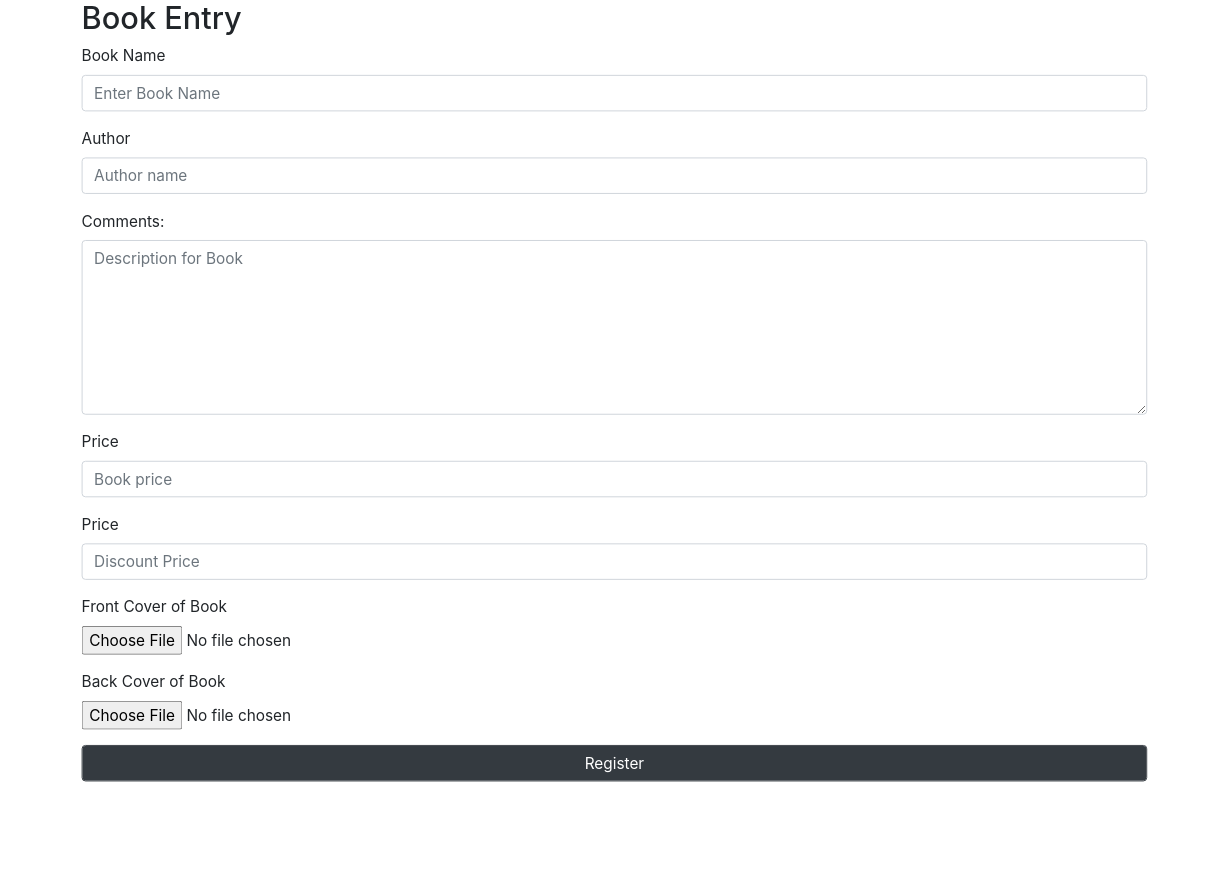
Repository: abhishekgandhi2398/BookStore
Page: http://localhost/BookStore/add_product.jsp
The author's editor kept a copy of each file at every save. The page is drawn from the files as they stood at one save, then again after the next save.
The browser window is 1280 px wide. The pictures show the whole page, at 96% of full size.
The page is served by Tomcat 9. Other server files are loaded and not shown.

Above is the page before, as saved 2019-12-06 16:07:54.

### ProjectJava/BookStore/WebContent/add_product.jsp
<%@ page language="java" contentType="text/html; charset=ISO-8859-1"
    pageEncoding="ISO-8859-1"%>
<!DOCTYPE html>
<html>
<head>
<meta charset="ISO-8859-1">
<title>Insert title here</title>
</head>
<body>

<jsp:include page="add_products_admin.jsp"></jsp:include>

</body>
</html>

### ProjectJava/BookStore/WebContent/add_products_admin.jsp

<%@ page language="java" contentType="text/html; charset=ISO-8859-1"
    pageEncoding="ISO-8859-1"%>
<!DOCTYPE html>
<html>
<head>
<meta charset="ISO-8859-1">
<title>Add New Products</title>

  <link rel="stylesheet" href="https://maxcdn.bootstrapcdn.com/bootstrap/4.3.1/css/bootstrap.min.css">
  <script src="https://ajax.googleapis.com/ajax/libs/jquery/3.4.1/jquery.min.js"></script>
  <script src="https://cdnjs.cloudflare.com/ajax/libs/popper.js/1.14.7/umd/popper.min.js"></script>
  <script src="https://maxcdn.bootstrapcdn.com/bootstrap/4.3.1/js/bootstrap.min.js"></script>


<script type="text/javascript">



function validate()
{
mess="<div class='alert alert-success'><strong>Please Check!</strong> You should enter corret details to enter in the page.</div>";

  if(!bk_name() || !bk_auther() || !bk_comm() || !bk_price() || !bk_price_dis())
  {
    document.getElementById("sub").innerHTML=mess;
    return false;
  }
  else
  {
    return true;
  }

}



function bk_name(){

  errmsg="";
  var bname = document.getElementById("bname").value;

  if(bname == "" || bname.length<5)
  {
    errmsg="Book Name should be more than 5 letters";
    document.getElementById("bnamemsg").innerHTML = errmsg;
    return false;
  }
  else
  {
    errmsg="";
    document.getElementById("bnamemsg").innerHTML = errmsg;
  return true;
  }
}


function bk_auther()
{
  errmsg="";
  var bauther = document.getElementById("author").value;

  if(bauther == "" || bauther.length<5)
  {
    errmsg="Author Name should be more than 5 letters";
    document.getElementById("bauthmsg").innerHTML = errmsg;
    return false;
  }
  else
  {
    errmsg="";
    document.getElementById("bauthmsg").innerHTML = errmsg;
  return true;
  }
}

function bk_comm(){

errmsg="";
  var bcomment = document.getElementById("description").value;

  if(bcomment == "" || bcomment.length<100)
  {
    errmsg="Pleae enter a detailed description of upto 100 words";
    document.getElementById("bcomm").innerHTML = errmsg;
    return false;
  }
  else
  {
    errmsg="";
    document.getElementById("bcomm").innerHTML = errmsg;
  return true;
  }

}


function bk_price()
{

errmsg="";
  var bpri = document.getElementById("price").value;

  if(bpri == "" || bpri<50)
  {
    errmsg="Pleae enter the amount above Rs. 50";
    document.getElementById("bpr").innerHTML = errmsg;
    return false;
  }
  else
  {
    errmsg="";
    document.getElementById("bpr").innerHTML = errmsg;
  return true;
  }

}




function bk_price_dis()
{

errmsg="";
  var bpri = document.getElementById("price").value;
  var bpri_disc = document.getElementById("disprice").value;

  if(bpri == "" || bpri<bpri_disc)
  {
    errmsg="You may have not enterd any value in textarea or you've have enterd the Discount amount more than the Orignal price";
    document.getElementById("bpr_dis").innerHTML = errmsg;
    return false;
  }
  else
  {
    errmsg="";
    document.getElementById("bpr_dis").innerHTML = errmsg;
  return true;
  }

}



</script>

</head>
<body>

<form method="post" action="add_new_product.jsp" onsubmit="return validate()">

      <div class="container">
             <h2>Book Entry</h2>


        <div class="form-group">
               <label for="bname">Book Name</label>
               <input type="text" class="form-control" id="name" placeholder="Enter Book Name" name="name" onblur="bk_name()">
               <div id="bnamemsg"></div>
       </div>
       <div class="form-group">
              <label for="author">Author</label>
              <input type="text" class="form-control" id="author" placeholder="Author name" name="author" onblur="bk_auther()">
              <div id="bauthmsg"></div>
        </div>
        <div class="form-group">
                <label for="description">
                    Comments:</label>
                <textarea class="form-control" name="comments" id="comments" placeholder="Description for Book" maxlength="6000" rows="7" onblur="bk_comm()"></textarea>

                <div id="bcomm"></div>

            </div>

            <div class="form-group">
                    <label for="price">Price</label>
                    <input type="number" class="form-control" id="oprice" placeholder="Book price" name="oprice" onblur="bk_price()">
                    <div id="bpr"></div>

              </div>
              <div class="form-group">
                    <label for="Discount price">Price</label>
                    <input type="number" class="form-control" id="dprice" placeholder="Discount Price" name="dprice" onblur="bk_price_dis()">
                    <div id="bpr_dis"></div>

              </div>
              <div class="form-group">
                  <label for="frontcover">Front Cover of Book</label><br>
              <input type="file" name="fcover" id="fcover" accept="image/*" required="required">
            </div>

            <div class="form-group">
                    <label for="backcover">Back Cover of Book</label><br>
                <input type="file" name="bcover" id="bcover" accept="image/*" required="required">
              </div>

        <input type="submit" value="Register" class="btn btn-dark form-control" onclick="validate()">
        <br>
        <div id="sub"></div>

        <br>
        <br>
        <br>
        <br>

       </div>

    </div>

</form>


</body>
</html>

After the next save:
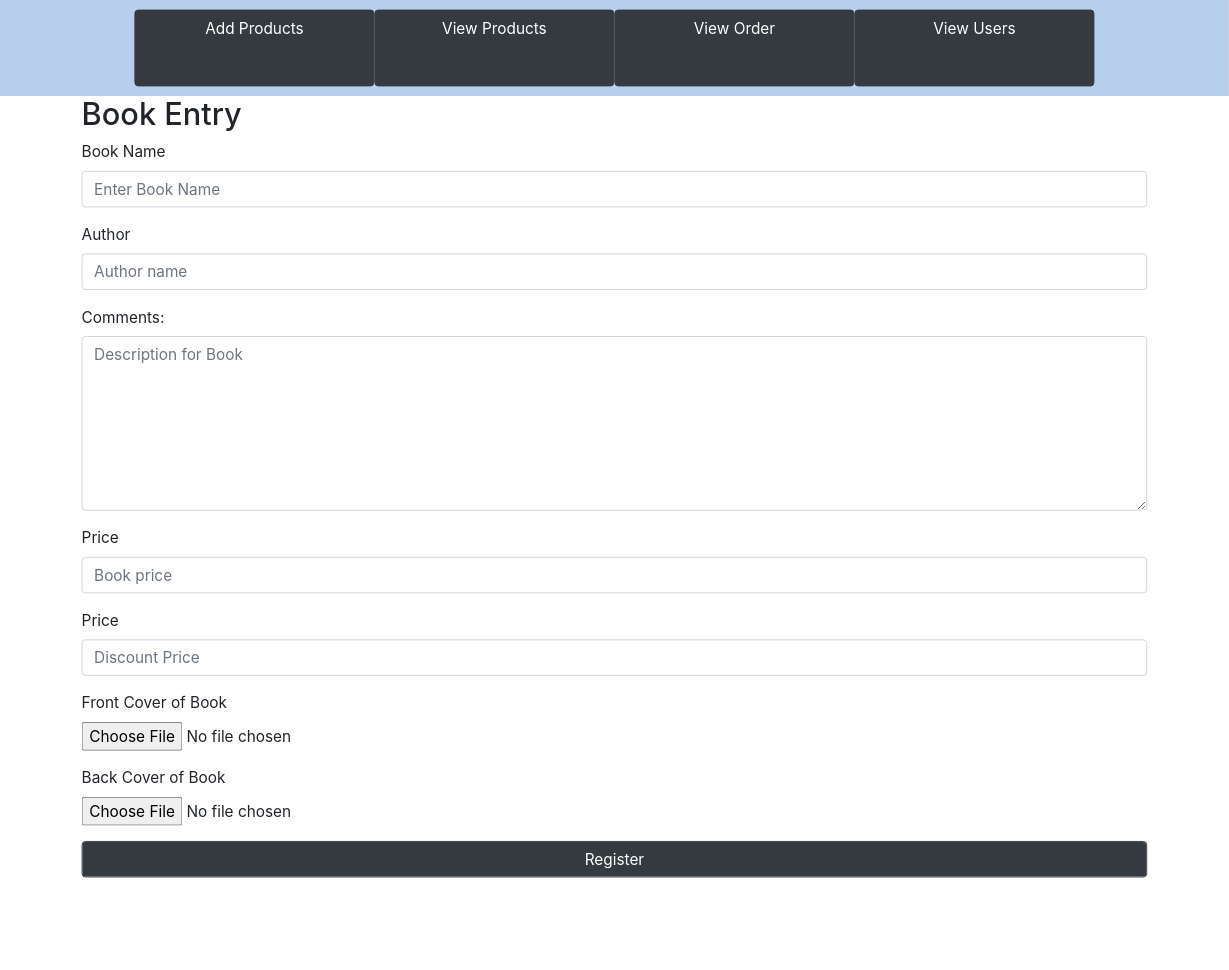
Saved 52 s later.
--- a/ProjectJava/BookStore/WebContent/add_product.jsp
+++ b/ProjectJava/BookStore/WebContent/add_product.jsp
@@ -8,6 +8,27 @@
 </head>
 <body>
 
+
+<div style="background-color: #B7CEEC; height: 100px; width: 100%;" class="d-flex justify-content-center  align-items-center">
+
+
+
+
+
+<a href="add_product.jsp" class="btn btn-dark" style="height: 80px; width: 250px;">Add Products</a><br>
+
+<a href="admin_view_product.jsp" class="btn btn-dark" style="height: 80px; width: 250px;">View Products</a>
+<br>
+
+<a href="vieworderadmin.jsp" class="btn btn-dark" style="height: 80px; width: 250px;">View Order</a>
+<br>
+
+<a href="admin_view_users.jsp" class="btn btn-dark" style="height: 80px; width: 250px;">View Users</a>
+
+</div>
+
+
+
 <jsp:include page="add_products_admin.jsp"></jsp:include>
 
 </body>
